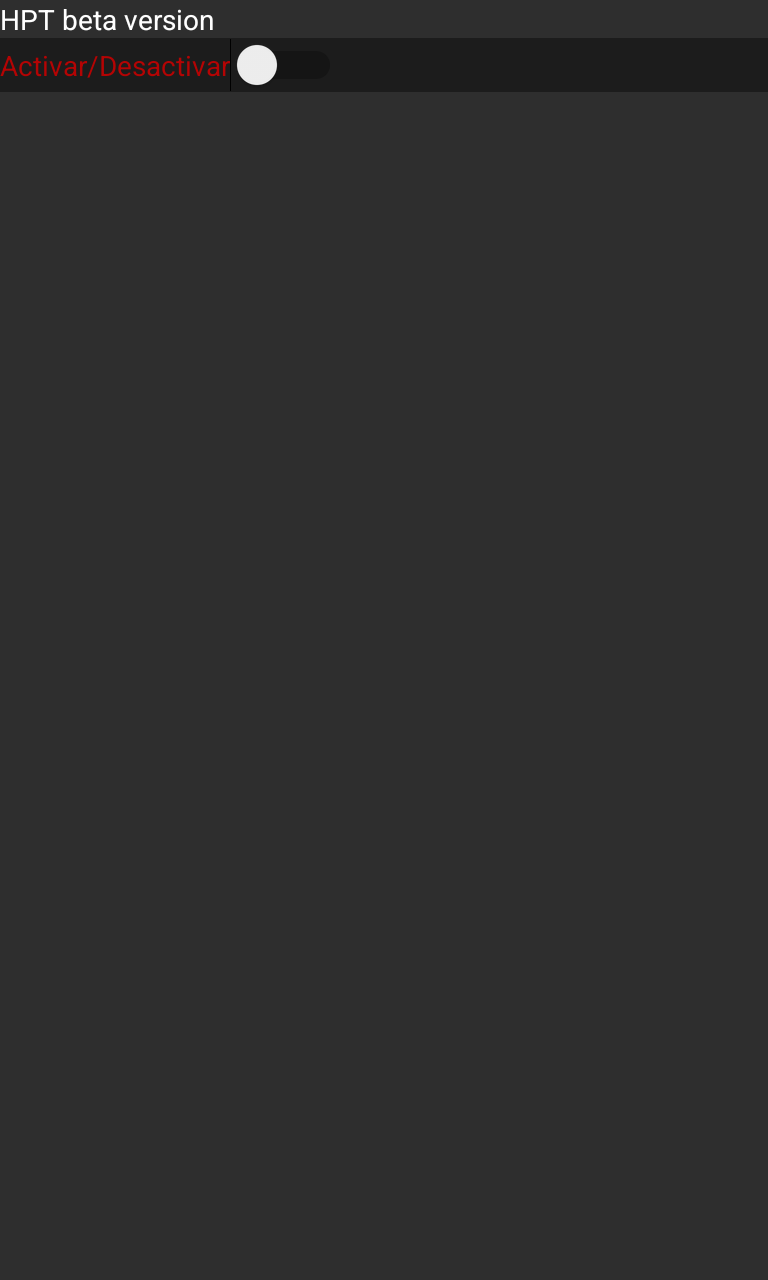
Repository: aludena18/android_apps
Layout: HunterPersonalTrack/res/layout/activity_main.xml
These files come from the project's save history. The layout is drawn as it stood at one moment and after the next save; the edit follows.
It is drawn on a 768 x 1280 px phone screen (xhdpi) without system bars, with theme AppTheme; the app's code is not run.

Above is the layout before, as saved 2015-10-14 20:18:25.

### HunterPersonalTrack/res/layout/activity_main.xml
<LinearLayout xmlns:android="http://schemas.android.com/apk/res/android"
    xmlns:tools="http://schemas.android.com/tools"
    android:layout_width="match_parent"
    android:layout_height="match_parent"
    android:orientation="vertical"
    android:background="#2E2E2E"
    tools:context="com.alg.hunterpersonaltrack.MainActivity" >

    <TextView
        android:layout_width="wrap_content"
        android:layout_height="wrap_content"
        android:textColor="#FFFFFF"
        android:text="@string/hello_world" />

    <LinearLayout
        android:layout_width="match_parent"
        android:layout_height="wrap_content"
        android:background="#1C1C1C">

        <Switch
	        android:id="@+id/swtOnOff"
    	    android:layout_width="wrap_content"
        	android:layout_height="wrap_content"
        	android:textColor="#B40404"
        	android:text="@string/etqSwtOnOff" />

    </LinearLayout>


</LinearLayout>

### HunterPersonalTrack/res/values/strings.xml
<?xml version="1.0" encoding="utf-8"?>
<resources>

    <string name="app_name">Hunter Personal Track</string>
    <string name="hello_world">HPT beta version</string>
    <string name="action_settings">Settings</string>

    <string name="etqSwtOnOff">Activar/Desactivar</string>

</resources>

Loaded but not shown: HunterPersonalTrack/res/values/styles.xml (common file); HunterPersonalTrack/res/values-v11/styles.xml (common file); HunterPersonalTrack/res/values-v14/styles.xml (common file)

After the next save:
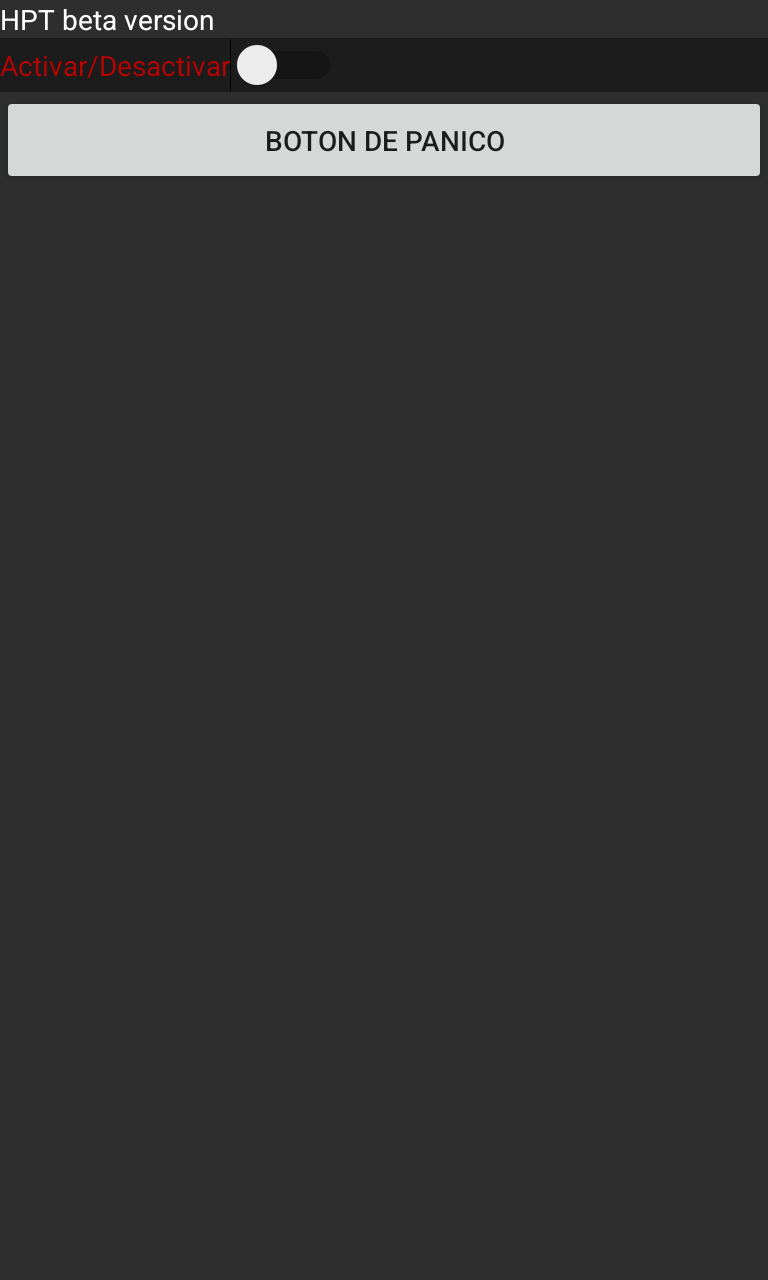
Saved 3 min 11 s later.
--- a/HunterPersonalTrack/res/layout/activity_main.xml
+++ b/HunterPersonalTrack/res/layout/activity_main.xml
@@ -26,5 +26,11 @@
 
     </LinearLayout>
 
+    <Button
+        android:id="@+id/btnPanico"
+        android:layout_width="match_parent"
+        android:layout_height="wrap_content"
+        android:text="@string/etqBtnPanico"/>
+
 
 </LinearLayout>
--- a/HunterPersonalTrack/res/values/strings.xml
+++ b/HunterPersonalTrack/res/values/strings.xml
@@ -6,5 +6,6 @@
     <string name="action_settings">Settings</string>
 
     <string name="etqSwtOnOff">Activar/Desactivar</string>
+    <string name="etqBtnPanico">Boton de Panico</string>
 
 </resources>
